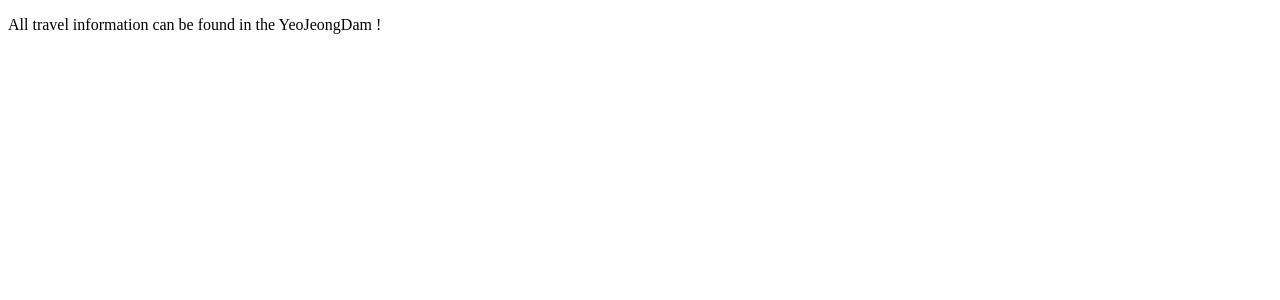
Repository: gaeunlee95/semi
Page: http://localhost/semi/main.jsp
The author's editor kept a copy of each file at every save. The page is drawn from the files as they stood at one save, then again after the next save.
The browser window is 1280 px wide. The pictures show the whole page.
The page is served by Tomcat 9.

Above is the page before, as saved 2023-12-06 07:32:26.

After the next save:
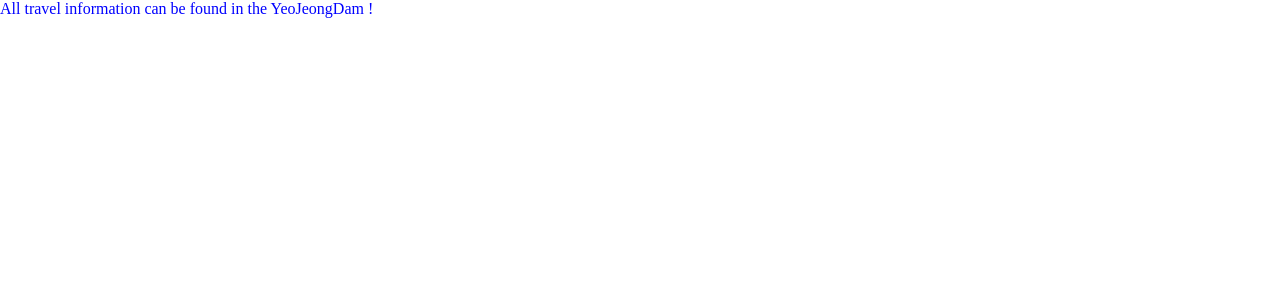
Saved 56 s later.
--- a/semi/src/main/webapp/main.jsp
+++ b/semi/src/main/webapp/main.jsp
@@ -5,6 +5,7 @@
 <head>
 <meta charset="EUC-KR">
 <title>메인 페이지</title>
+<link rel="stylesheet" href="resources/css/style.css">
 </head>
 <body>
 	<jsp:include page="header.jsp" />
